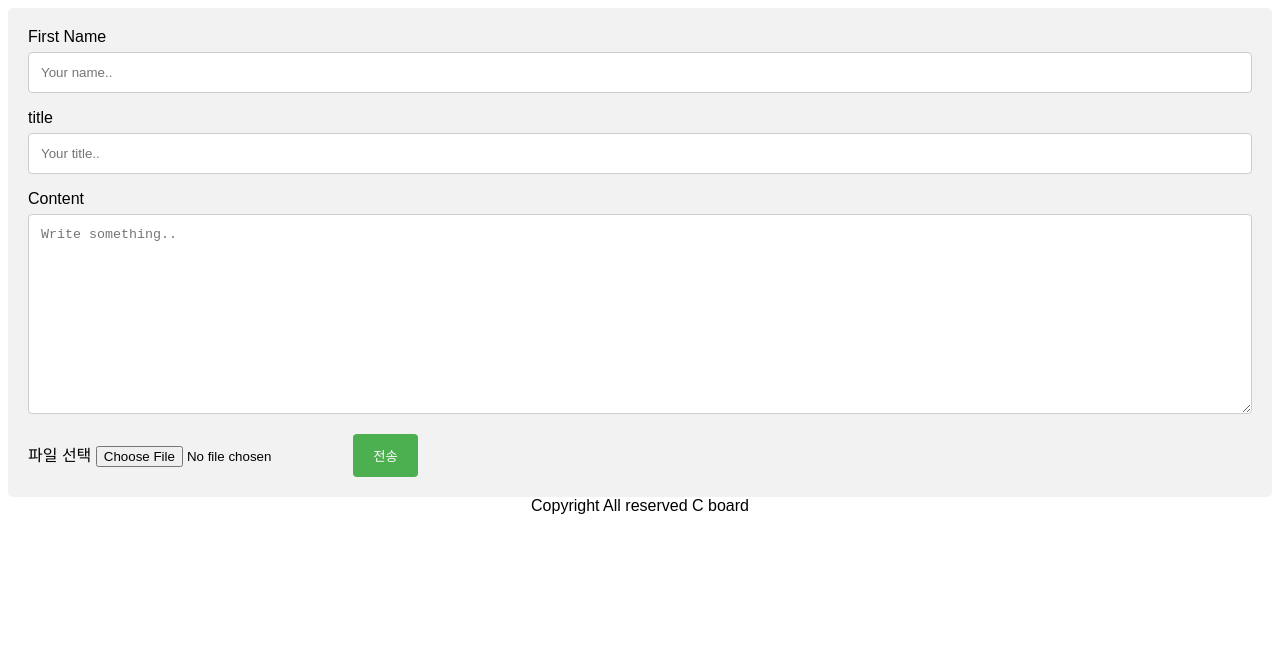
Repository: gudbrwkd98/JavaEE-JSP
Page: http://localhost/BoardApp/imageboard/regist_form.jsp
An editor plug-in stored every save of this project. The page is shown before and after the next save, followed by the edit.
The browser window is 1280 px wide. The pictures show the whole page.
The page is served by Tomcat 9.

Above is the page before, as saved 2020-12-04 06:25:17.

After the next save:
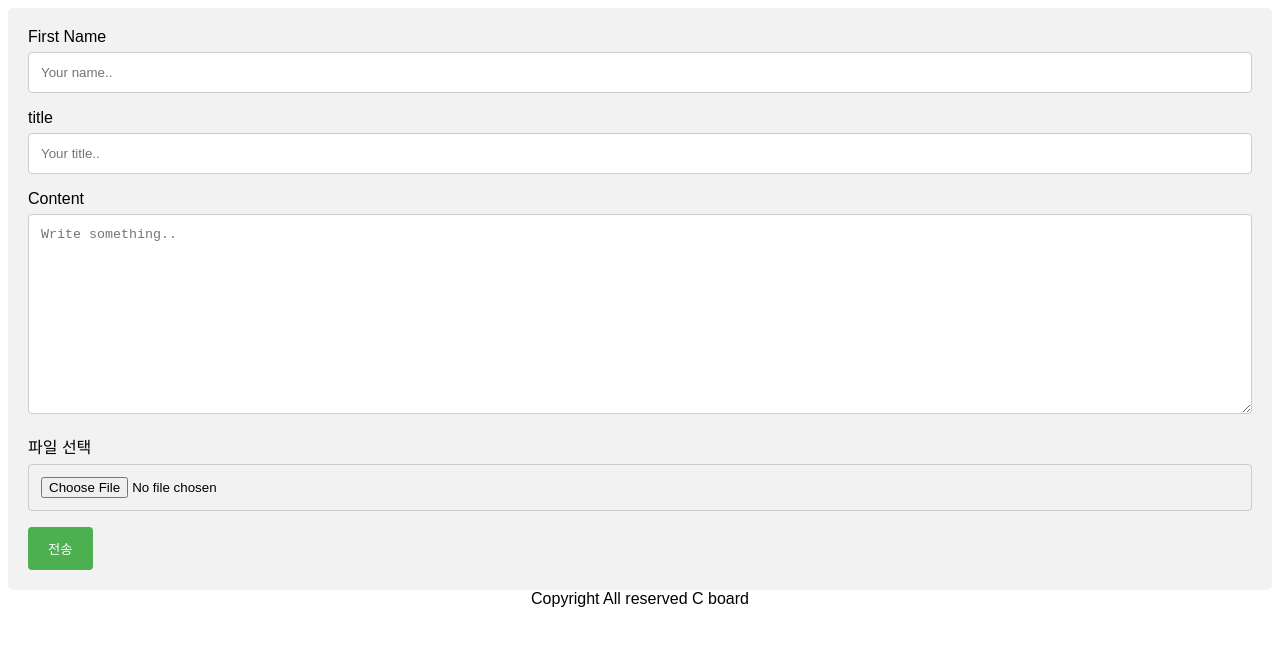
Saved 26 s later.
--- a/BoardApp/WebContent/imageboard/regist_form.jsp
+++ b/BoardApp/WebContent/imageboard/regist_form.jsp
@@ -6,7 +6,7 @@
 <style>
 body {font-family: Arial, Helvetica, sans-serif;}
 * {box-sizing: border-box;}
-input[type=text], select, textarea {
+input[type=text],input[type=file], select, textarea {
   width: 100%;
   padding: 12px;
   border: 1px solid #ccc;
